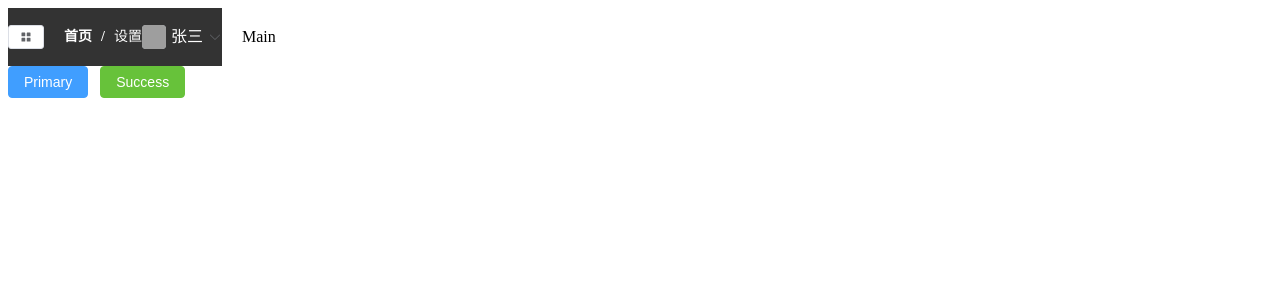
Repository: dishuibaby/vue-app
Page: /
The author's editor kept a copy of each file at every save. The page is drawn from the files as they stood at one save, then again after the next save.
The browser window is 1280 px wide. The pictures show the whole page.
Pictures or frames that could not be fetched are drawn as grey boxes. The project was rebuilt for these pictures with package versions that can differ from the ones it lists, and the page was loaded fresh each time. Also part of the build but not shown: vite.config.js.

Above is the page before, as saved 2024-08-11 18:21:25.

### src/main.js
import { createApp } from 'vue'
import App from './App.vue'
import router from './router'
import * as ElementPlusIconsVue from '@element-plus/icons-vue'

const app = createApp(App);
for (const [key, component] of Object.entries(ElementPlusIconsVue)) {
    app.component(key, component)
}

app.use(router);
app.mount('#app');

### src/components/CommonHeader.vue
<template>
  <div class="header">
    <div class="header-left">
      <el-button size="small">
        <el-icon ><Menu /></el-icon>
      </el-button>
      <el-breadcrumb separator="/" class="breadcrumb">
        <el-breadcrumb-item :to="{ path: '/' }">首页</el-breadcrumb-item>
        <el-breadcrumb-item>设置</el-breadcrumb-item>
      </el-breadcrumb>
    </div>
    <div class="header-right">
      <el-dropdown>
        <span class="el-dropdown-link">
          <el-avatar shape="square" size="small" src="https://cube.elemecdn.com/3/7c/3ea6beec64369c2642b92c6726f1epng.png" />
          <el-text class="mx-1" size="large">张三</el-text>
          <el-icon class="el-icon--right">
            <arrow-down />
          </el-icon>
        </span>
        <template #dropdown>
          <el-dropdown-menu>
            <el-dropdown-item>个人中心</el-dropdown-item>
            <el-dropdown-item>退出登陆</el-dropdown-item>
          </el-dropdown-menu>
        </template>
      </el-dropdown>
    </div>
  </div>
</template>
<script >

</script>
<style lang="less" scoped>
.header{
  display: flex;
  justify-content: space-between;
  align-items: center;
  width: 100%;
  height: 100%;
  background-color: #333;
}

.header-left{
  display: flex;
  align-items: center;
  .el-button {
    margin-right: 20px;
  }
}
.breadcrumb{
  font-size: 14px;
}

.el-dropdown-link{
  display: flex;
  justify-content: space-between;
  align-items: center;
  .el-avatar{
    margin-right: 5px;
  }
  .el-text{
    color: #fff;
  }
}

:deep(.breadcrumb span) {
  color: #fff !important;
  cursor: pointer;
}
</style>

### src/App.vue
<script setup>

</script>

<template>
  <router-view></router-view>
  <div>
    <el-button type="primary">Primary</el-button>
    <el-button type="success">Success</el-button>
  </div>
</template>

<style scoped>

</style>

### src/router/index.js
import {createRouter, createWebHashHistory} from "vue-router";

//指定路由规则
const routes = [
    {
        path: '/',
        name: 'main',
        component: () => import('@/views/Main.vue')
    },
];

const router = createRouter({
    history: createWebHashHistory(),
    routes
});

export default router;

### src/views/Main.vue
<script setup>

</script>

<template>
  <div class="common-layout">
    <el-container class="lay-container">
        <common-aside />
        <el-container>
            <el-hreader>
                <common-header />
            </el-hreader>
            <el-main>
                Main
            </el-main>
        </el-container>
    </el-container>
  </div>
</template>

<style scoped lang="less">
    .common-layout,lay-container{
        width: 100%;
        height: 100%;
        overflow: hidden;

    }
</style>

Loaded but not shown: index.html (common file)

After the next save:
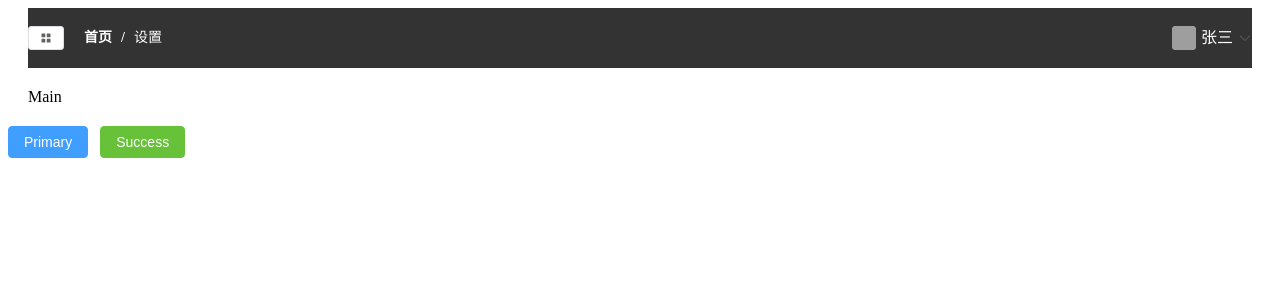
Saved 3 min 23 s later.
--- a/src/views/Main.vue
+++ b/src/views/Main.vue
@@ -7,9 +7,9 @@
     <el-container class="lay-container">
         <common-aside />
         <el-container>
-            <el-hreader>
+            <el-header>
                 <common-header />
-            </el-hreader>
+            </el-header>
             <el-main>
                 Main
             </el-main>
